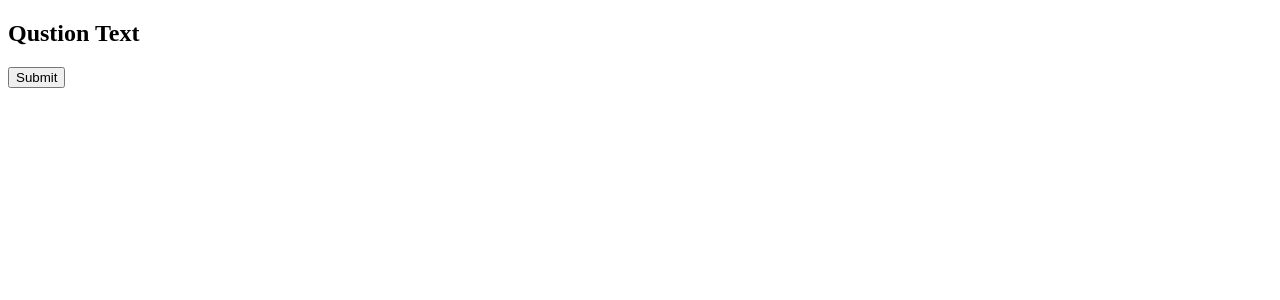
Repository: Abhi2359/Intermediate-projects
Page: Quiz App/index.html
These files come from the project's save history. The page is drawn as it stood at one moment and after a run of saves; the edit follows.
The browser window is 1280 px wide. The pictures show the whole page.

Above is the page before, as saved 2023-01-31 12:56:48.

### Quiz App/index.html
<!DOCTYPE html>
<html lang="en">
  <head>
    <meta charset="UTF-8" />
    <meta http-equiv="X-UA-Compatible" content="IE=edge" />
    <meta name="viewport" content="width=device-width, initial-scale=1.0" />
    <title>Quiz App</title>
  </head>
  <body>
    <div class="quiz-container">
        <h2>Qustion Text</h2>

        <button>Submit</button>
    </div>
  </body>
</html>

After the next 2 saves:
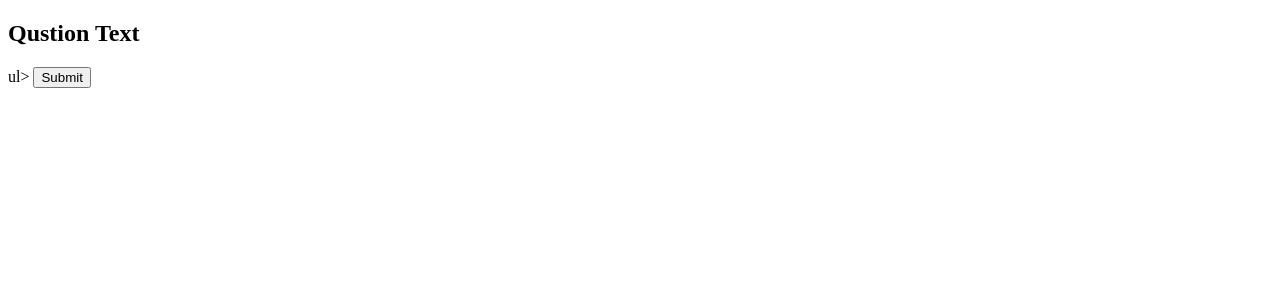
The 2 saves are shown as one change because they came seconds apart.
The last was saved 25 s later.
--- a/Quiz App/index.html
+++ b/Quiz App/index.html
@@ -9,7 +9,7 @@
   <body>
     <div class="quiz-container">
         <h2>Qustion Text</h2>
-
+        ul>
         <button>Submit</button>
     </div>
   </body>
